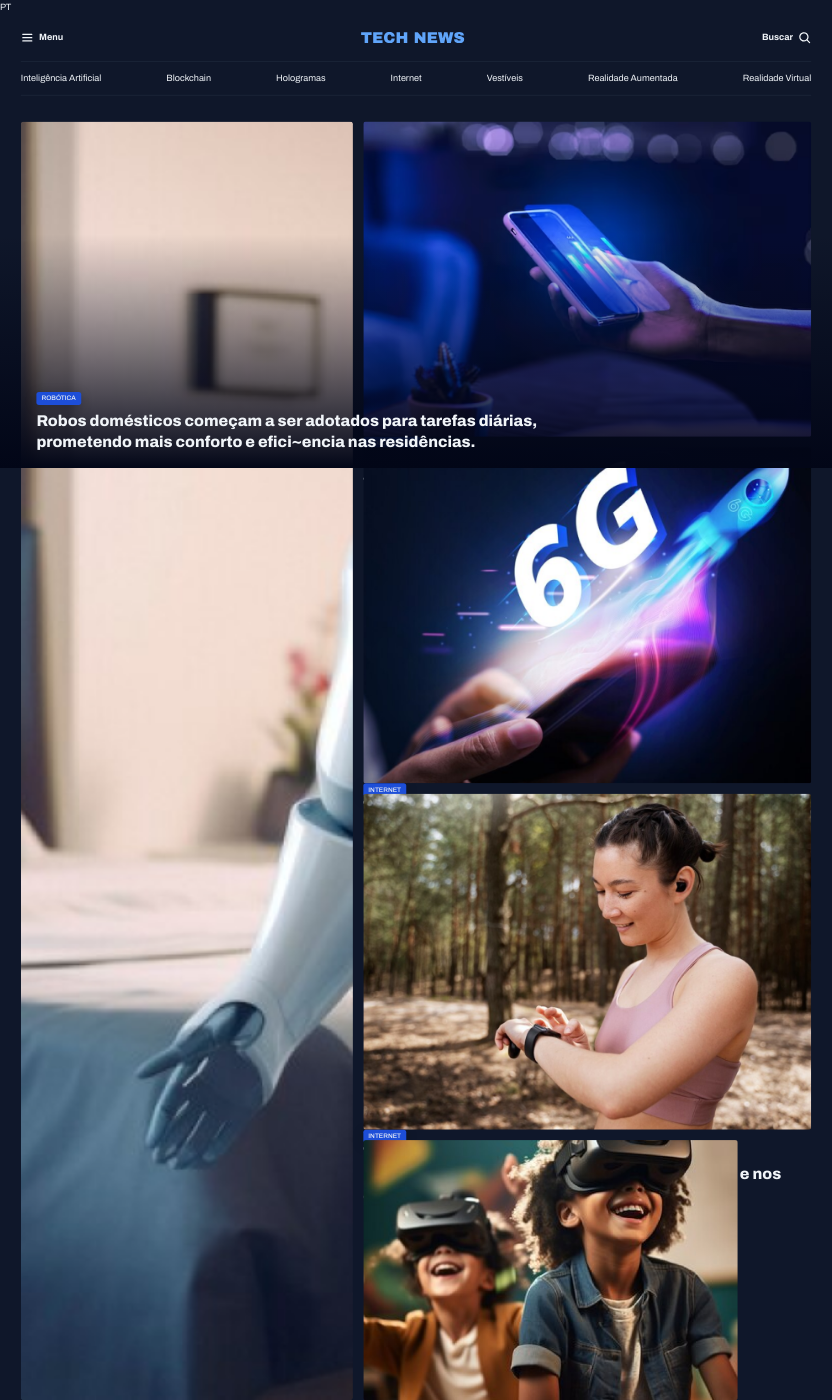
Repository: JeffRodFer/portalDeNoticias
Page: index.html
The author's editor kept a copy of each file at every save. The page is drawn from the files as they stood at one save, then again after the next save.
The browser window is 1280 px wide. The pictures show the whole page, at 65% of full size.

Above is the page before, as saved 2025-04-15 21:58:39.

After the next save:
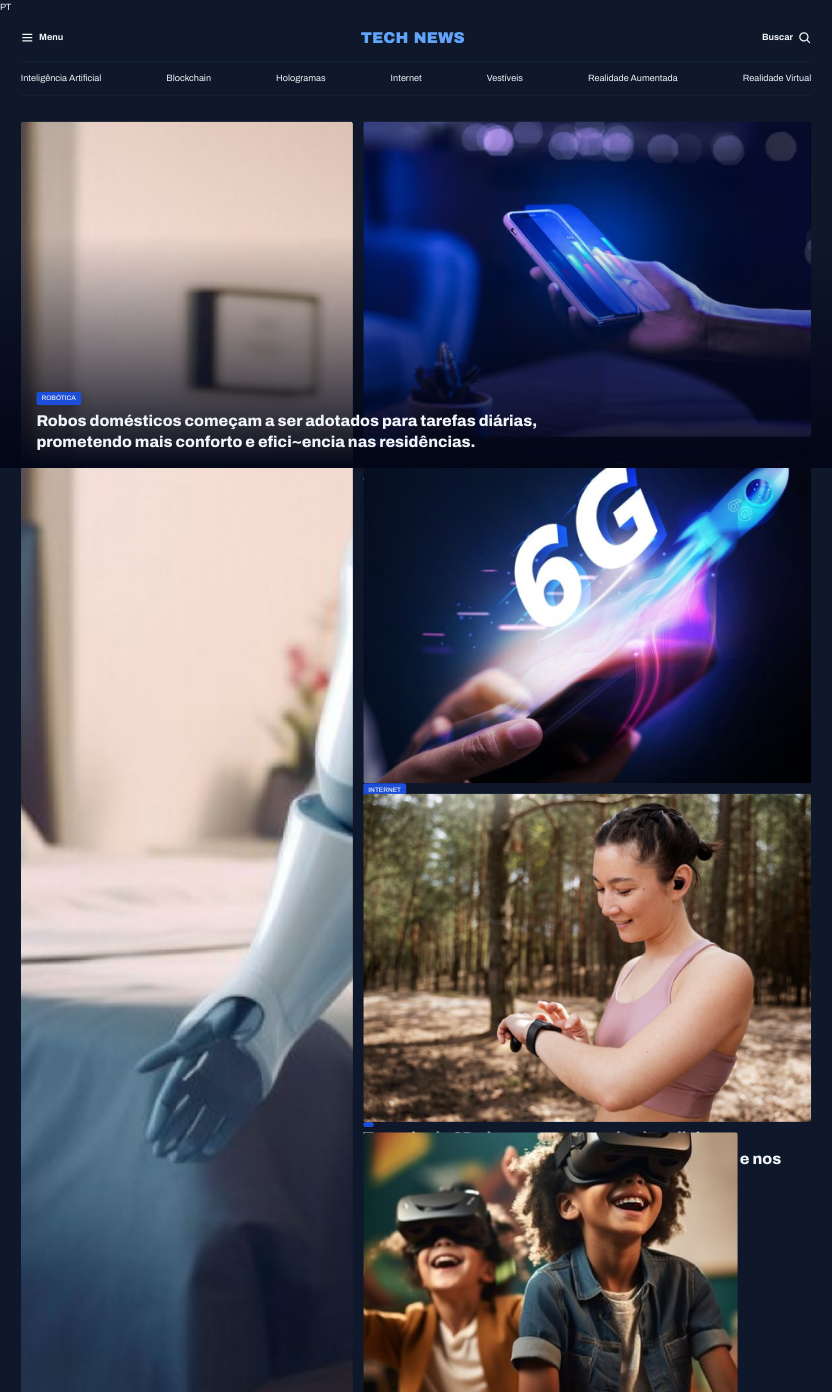
Saved 6 s later.
--- a/index.html
+++ b/index.html
@@ -73,7 +73,7 @@ PT<!DOCTYPE html>
           <img src="assets/images/Image 04.png" alt="">
 
           <figcaption>
-            <span class="content-tag">Internet</span>
+            <span class="content-tag"></span>
             <h2 class="text-2xl">
             Tecnologia 3D chega as metropoles brasileiras, prometendo revolucionar a forma como vivemos e nos comunicamos.
             </h2>
